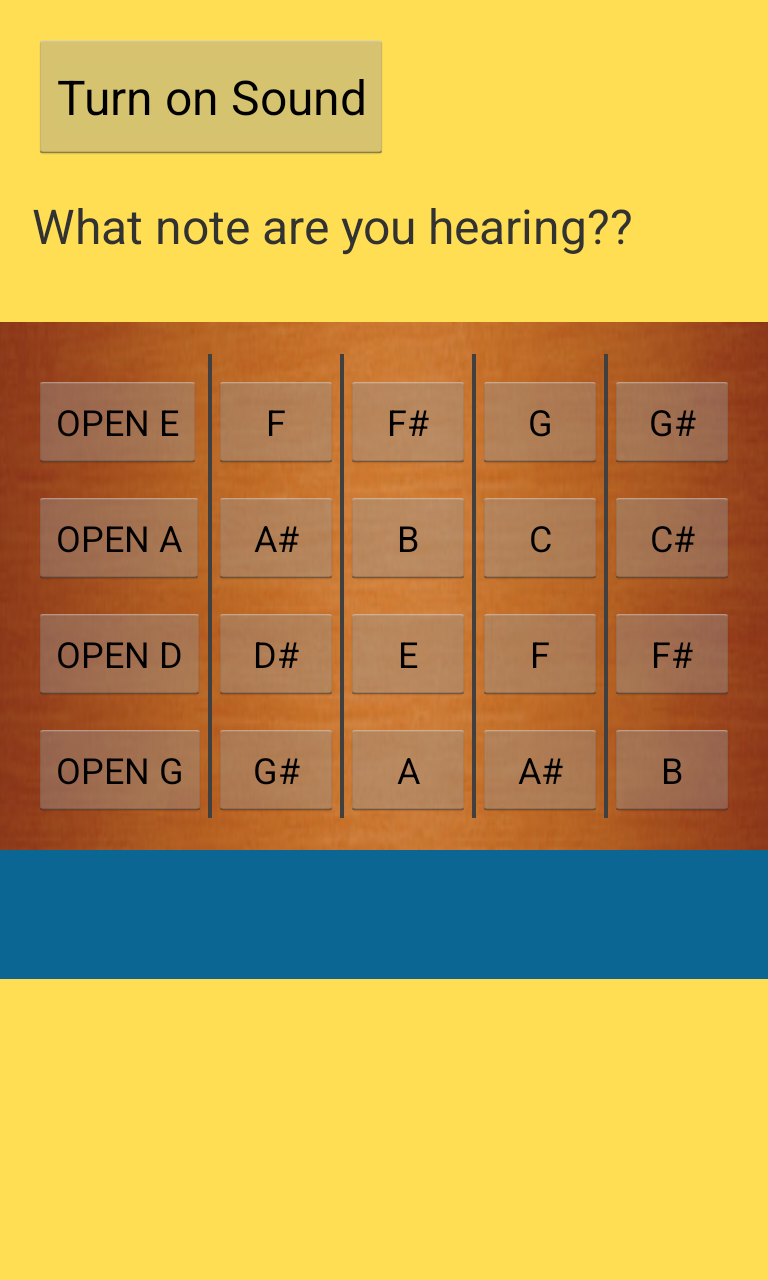
Repository: elliott-ribner/android-guitar-trainer
Layout: randomnotegenerator/res/layout/activity_main.xml
These files come from the project's save history. The layout is drawn as it stood at one moment and after the next save; the edit follows.
It is drawn on a 768 x 1280 px phone screen (xhdpi) without system bars, with theme AppTheme; the app's code is not run.

Above is the layout before, as saved 2014-06-09 00:42:48.

### randomnotegenerator/res/layout/activity_main.xml
<LinearLayout xmlns:android="http://schemas.android.com/apk/res/android"
    xmlns:tools="http://schemas.android.com/tools"
    android:layout_width="match_parent"
    android:layout_height="match_parent"
    android:background="#FFDE54"
    android:orientation="vertical"
    tools:context="com.elliott.randomnotegenerator.MainActivity$PlaceholderFragment" >

    <LinearLayout
        android:layout_width="fill_parent"
        android:layout_height="wrap_content"
        android:background="#FFDE54"
        android:orientation="vertical"
        android:paddingBottom="@dimen/activity_vertical_margin"
        android:paddingLeft="@dimen/activity_horizontal_margin"
        android:paddingRight="@dimen/activity_horizontal_margin"
        android:paddingTop="@dimen/activity_vertical_margin" >

        <Button
            android:id="@+id/ButtonPlay"
            android:layout_width="wrap_content"
            android:layout_height="wrap_content"
            android:paddingBottom="@dimen/activity_vertical_margin"
            android:paddingTop="@dimen/activity_vertical_margin"
            android:text="@string/play"
            android:textSize="24sp" />

        <TextView
            android:id="@+id/promptBox"
            android:layout_width="wrap_content"
            android:layout_height="wrap_content"
            android:paddingBottom="@dimen/activity_vertical_margin"
            android:paddingTop="@dimen/activity_vertical_margin"
            android:text="@string/prompt"
            android:textSize="24sp" />
    </LinearLayout>

    <LinearLayout
        android:layout_width="fill_parent"
        android:layout_height="wrap_content"
        android:background="@drawable/background"
        android:orientation="vertical"
         >

        <LinearLayout
            android:layout_width="fill_parent"
            android:layout_height="wrap_content"
            android:orientation="horizontal"
            android:paddingBottom="@dimen/activity_vertical_margin"
        android:paddingLeft="@dimen/activity_horizontal_margin"
        android:paddingRight="@dimen/activity_horizontal_margin"
        android:paddingTop="@dimen/activity_vertical_margin"  >

            <LinearLayout
                android:layout_width="wrap_content"
                android:layout_height="wrap_content"
                android:orientation="vertical" >

                <Button
                    android:id="@+id/ButtonEL"
                    android:layout_width="wrap_content"
                    android:layout_height="wrap_content"
                    android:layout_marginTop="10dp"
                    android:text="@string/el" />

                <Button
                    android:id="@+id/ButtonAL"
                    android:layout_width="wrap_content"
                    android:layout_height="wrap_content"
                    android:layout_marginTop="10dp"
                    android:text="@string/al" />

                <Button
                    android:id="@+id/ButtonD"
                    android:layout_width="wrap_content"
                    android:layout_height="wrap_content"
                    android:layout_marginTop="10dp"
                    android:text="@string/d" />

                <Button
                    android:id="@+id/ButtonG"
                    android:layout_width="wrap_content"
                    android:layout_height="wrap_content"
                    android:layout_marginTop="10dp"
                    android:text="@string/g" />
            </LinearLayout>

            <View
                android:layout_width="2dip"
                android:layout_height="fill_parent"
                android:background="#404040" />

            <LinearLayout
                android:layout_width="wrap_content"
                android:layout_height="wrap_content"
                android:orientation="vertical" >

                <Button
                    android:id="@+id/ButtonFL"
                    android:layout_width="wrap_content"
                    android:layout_height="wrap_content"
                    android:layout_marginTop="10dp"
                    android:text="@string/fl" />

                <Button
                    android:id="@+id/ButtonASL"
                    android:layout_width="wrap_content"
                    android:layout_height="wrap_content"
                    android:layout_marginTop="10dp"
                    android:text="@string/asl" />

                <Button
                    android:id="@+id/ButtonDS"
                    android:layout_width="wrap_content"
                    android:layout_height="wrap_content"
                    android:layout_marginTop="10dp"
                    android:text="@string/ds" />

                <Button
                    android:id="@+id/ButtonGS"
                    android:layout_width="wrap_content"
                    android:layout_height="wrap_content"
                    android:layout_marginTop="10dp"
                    android:text="@string/gs" />
            </LinearLayout>

            <View
                android:layout_width="2dip"
                android:layout_height="fill_parent"
                android:background="#404040" />

            <LinearLayout
                android:layout_width="wrap_content"
                android:layout_height="wrap_content"
                android:orientation="vertical" >

                <Button
                    android:id="@+id/ButtonFSL"
                    android:layout_width="wrap_content"
                    android:layout_height="wrap_content"
                    android:layout_marginTop="10dp"
                    android:text="@string/fsl" />

                <Button
                    android:id="@+id/ButtonBL"
                    android:layout_width="wrap_content"
                    android:layout_height="wrap_content"
                    android:layout_marginTop="10dp"
                    android:text="@string/bl" />

                <Button
                    android:id="@+id/ButtonE"
                    android:layout_width="wrap_content"
                    android:layout_height="wrap_content"
                    android:layout_marginTop="10dp"
                    android:text="@string/e" />

                <Button
                    android:id="@+id/ButtonA"
                    android:layout_width="wrap_content"
                    android:layout_height="wrap_content"
                    android:layout_marginTop="10dp"
                    android:text="@string/a" />
            </LinearLayout>

            <View
                android:layout_width="2dip"
                android:layout_height="fill_parent"
                android:background="#404040" />

            <LinearLayout
                android:layout_width="wrap_content"
                android:layout_height="wrap_content"
                android:orientation="vertical" >

                <Button
                    android:id="@+id/ButtonGL"
                    android:layout_width="wrap_content"
                    android:layout_height="wrap_content"
                    android:layout_marginTop="10dp"
                    android:text="@string/gl" />

                <Button
                    android:id="@+id/ButtonC"
                    android:layout_width="wrap_content"
                    android:layout_height="wrap_content"
                    android:layout_marginTop="10dp"
                    android:text="@string/c" />

                <Button
                    android:id="@+id/ButtonF"
                    android:layout_width="wrap_content"
                    android:layout_height="wrap_content"
                    android:layout_marginTop="10dp"
                    android:text="@string/f" />

                <Button
                    android:id="@+id/ButtonAS"
                    android:layout_width="wrap_content"
                    android:layout_height="wrap_content"
                    android:layout_marginTop="10dp"
                    android:text="@string/as" />
            </LinearLayout>

            <View
                android:layout_width="2dip"
                android:layout_height="fill_parent"
                android:background="#404040" />

            <LinearLayout
                android:layout_width="wrap_content"
                android:layout_height="wrap_content"
                android:orientation="vertical" >

                <Button
                    android:id="@+id/ButtonGSL"
                    android:layout_width="wrap_content"
                    android:layout_height="wrap_content"
                    android:layout_marginTop="10dp"
                    android:text="@string/gsl" />

                <Button
                    android:id="@+id/ButtonCS"
                    android:layout_width="wrap_content"
                    android:layout_height="wrap_content"
                    android:layout_marginTop="10dp"
                    android:text="@string/cs" />

                <Button
                    android:id="@+id/ButtonFS"
                    android:layout_width="wrap_content"
                    android:layout_height="wrap_content"
                    android:layout_marginTop="10dp"
                    android:text="@string/fs" />

                <Button
                    android:id="@+id/ButtonB"
                    android:layout_width="wrap_content"
                    android:layout_height="wrap_content"
                    android:layout_marginTop="10dp"
                    android:text="@string/b" />
            </LinearLayout>

        </LinearLayout>



    </LinearLayout>

         <LinearLayout
        android:layout_width="fill_parent"
        android:layout_height="wrap_content"
        android:orientation="vertical"
        android:background="#0b6693"
        android:paddingBottom="@dimen/activity_vertical_margin"
        android:paddingLeft="@dimen/activity_horizontal_margin"
        android:paddingRight="@dimen/activity_horizontal_margin"
        android:paddingTop="@dimen/activity_vertical_margin" >

        <TextView
            android:id="@+id/resultBox"
            android:layout_width="wrap_content"
            android:layout_height="wrap_content"
            android:text="@string/result"
            android:textSize="24sp" />
    </LinearLayout>

</LinearLayout>

### randomnotegenerator/res/values/strings.xml
<?xml version="1.0" encoding="utf-8"?>
<resources>

    <string name="app_name">Bass Guitar Ear Trainer</string>
    <string name="hello_world">Hello world!</string>
    <string name="action_settings">Settings</string>
	<string name="play">Turn on Sound</string>
	<string name="prompt">What note are you hearing??</string>
	<string name="result"></string>
	<string name="c">C</string>
	<string name="cs">C#</string>
	<string name="d">OPEN D</string>
	<string name="ds">D#</string>
	<string name="e">E</string>
	<string name="f">F</string>
	<string name="fs">F#</string>
	<string name="g">OPEN G</string>
	<string name="gs">G#</string>
	<string name="a"> A</string>
	<string name="as">A#</string>
	<string name="b">B</string>
	<string name="el">OPEN E</string>
	<string name="fl">F</string>
	<string name="fsl">F#</string>
	<string name="gl">G</string>
	<string name="gsl">G#</string>
	<string name="al">OPEN A</string>
	<string name="asl">A#</string>
	<string name="bl">B</string>

</resources>

Loaded but not shown: randomnotegenerator/res/values/styles.xml (common file); randomnotegenerator/res/values-v11/styles.xml (common file); randomnotegenerator/res/values-v14/styles.xml (common file); randomnotegenerator/res/values/dimens.xml (common file); randomnotegenerator/res/values-w820dp/dimens.xml (common file)

After the next save:
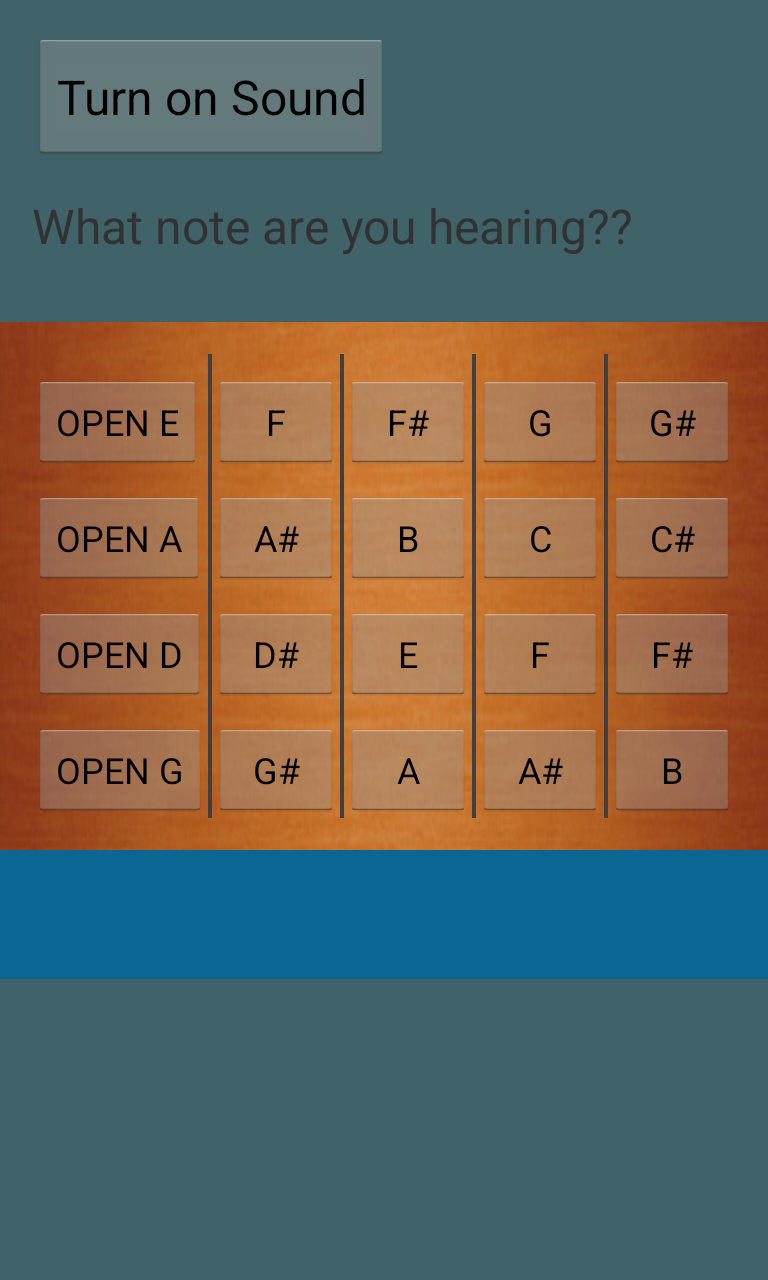
Saved 46 s later.
--- a/randomnotegenerator/res/layout/activity_main.xml
+++ b/randomnotegenerator/res/layout/activity_main.xml
@@ -2,14 +2,14 @@
     xmlns:tools="http://schemas.android.com/tools"
     android:layout_width="match_parent"
     android:layout_height="match_parent"
-    android:background="#FFDE54"
+    android:background="#3F6369"
     android:orientation="vertical"
     tools:context="com.elliott.randomnotegenerator.MainActivity$PlaceholderFragment" >
 
     <LinearLayout
         android:layout_width="fill_parent"
         android:layout_height="wrap_content"
-        android:background="#FFDE54"
+        android:background="#3F6369"
         android:orientation="vertical"
         android:paddingBottom="@dimen/activity_vertical_margin"
         android:paddingLeft="@dimen/activity_horizontal_margin"
